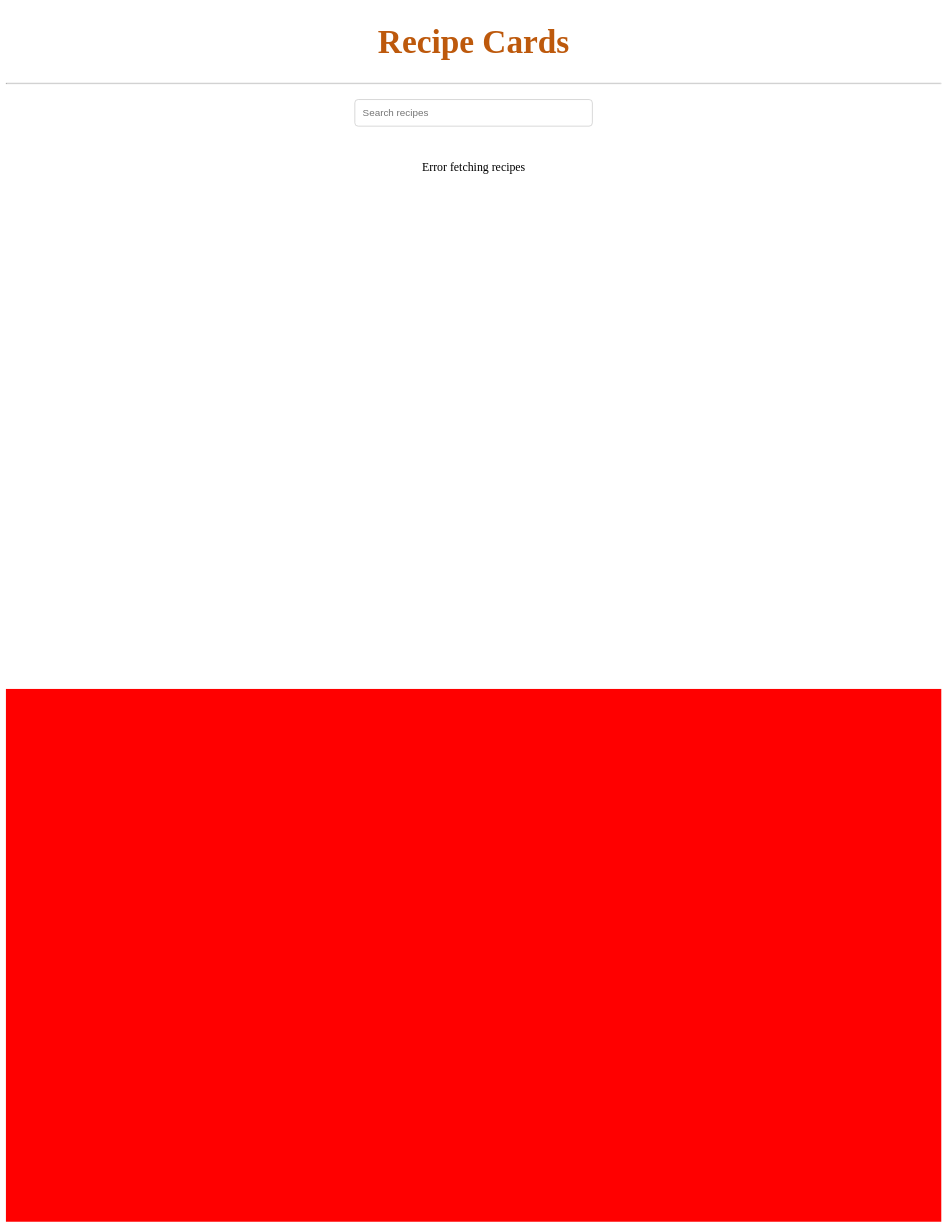
Repository: SharonSebastian32/food-search-filter-
Page: index.html
These files come from the project's save history. The page is drawn as it stood at one moment and after a run of saves; the edit follows.
The browser window is 1280 px wide. The pictures show the whole page, at 74% of full size.
The page's requests for data from a server got no answer.

Above is the page before, as saved 2024-10-11 12:48:18.

### index.html
<!DOCTYPE html>
<html lang="en">
  <head>
    <meta charset="UTF-8" />
    <meta name="viewport" content="width=device-width, initial-scale=1.0" />
    <title>Recipe Cards</title>
    <style>
      .card {
        border: 1px solid #ddd;
        border-radius: 10px;
        margin: 20px;
        box-shadow: 0 4px 8px rgba(0, 0, 0, 0.1);
        width: 240px;
        display: inline-block;
        vertical-align: top;
      }
      .card img {
        width: 250px;
        height: 200px;
        border-radius: 10px;
      }
      .card h2 {
        font-size: 24px;
        margin: 0 0 10px 0;
        padding: 10px;
      }
      .card p {
        margin: 5px 0;
        padding: 10px;
      }
      .card-container {
        display: flex;
        flex-wrap: wrap;
        justify-content: space-around;
        padding: 10px;
        height: 100vh; /* Set height to full viewport */
        overflow-y: scroll; /* Enable vertical scrolling */

        /* Firefox scrollbar properties */
        scrollbar-width: thin; /* Thin scrollbar */
        scrollbar-color: #888 #f1f1f1; /* Thumb color and track color */
      }

      /* WebKit-based browsers (Chrome, Safari) */
      .card-container::-webkit-scrollbar {
        width: 12px; /* Width of the scrollbar */
      }

      /* Track (background of the scrollbar) */
      .card-container::-webkit-scrollbar-track {
        background: #f1f1f1; /* Light gray background */
        border-radius: 10px; /* Rounded corners for the track */
      }

      /* Handle (scrollbar thumb) */
      .card-container::-webkit-scrollbar-thumb {
        background: #888; /* Darker gray thumb */
        border-radius: 10px; /* Rounded corners for the thumb */
      }

      /* Handle on hover */
      .card-container::-webkit-scrollbar-thumb:hover {
        background: #555; /* Darker shade on hover */
      }
      #head1 {
        color: rgb(189, 89, 12);
        font-size: 45px;
        font-weight: 600;
        text-align: center;
      }
      #search-container {
        text-align: center;
        margin: 20px;
      }
      #search-input {
        padding: 10px;
        width: 300px;
        border-radius: 5px;
        border: 1px solid #ccc;
      }
    </style>
  </head>
  <body>
    <h1 id="head1">Recipe Cards</h1>
    <hr />

    <div id="search-container">
      <input type="text" id="search-input" placeholder="Search recipes" />
    </div>

    <div id="recipe-root" class="card-container"></div>

    <section style="background-color: red; height: 100vh"></section>

    <script src="./index.js"></script>
  </body>
</html>

### index.js
let allRecipes = []; // To store fetched recipes

// Function to display recipes
function displayRecipes(recipes) {
  const recipeContainer = document.getElementById("recipe-root");
  recipeContainer.innerHTML = ""; // Clear previous results

  recipes.forEach((recipe) => {
    const card = document.createElement("div");
    card.classList.add("card");

    const img = document.createElement("img");
    img.src = recipe.image;
    img.alt = recipe.name;
    card.appendChild(img);

    const title = document.createElement("h2");
    title.innerText = recipe.name;
    card.appendChild(title);

    const cuisine = document.createElement("p");
    cuisine.innerHTML = `<strong>Cuisine:</strong> ${recipe.cuisine}`;
    card.appendChild(cuisine);

    const ingredients = document.createElement("p");
    ingredients.innerHTML = `<strong>Ingredients:</strong> ${recipe.ingredients.join(
      ", "
    )}`;
    card.appendChild(ingredients);

    recipeContainer.appendChild(card);
  });
}

// Function to fetch recipes from API
async function fetchRecipes() {
  try {
    const response = await fetch("https://dummyjson.com/recipes");
    const data = await response.json();

    allRecipes = data.recipes; // Save all recipes
    displayRecipes(allRecipes); // Initially display all recipes
  } catch (error) {
    console.error("Error fetching recipes:", error);
    const recipeContainer = document.getElementById("recipe-root");
    recipeContainer.innerHTML = "<p>Error fetching recipes</p>"; // Display error message
  }
}

// Function to filter recipes based on search input
function filterRecipes(event) {
  const searchText = event.target.value.toLowerCase();
  const filteredRecipes = allRecipes.filter(
    (recipe) =>
      recipe.name.toLowerCase().includes(searchText) ||
      recipe.cuisine.toLowerCase().includes(searchText) ||
      recipe.ingredients.some((ingredient) =>
        ingredient.toLowerCase().includes(searchText)
      )
  );
  displayRecipes(filteredRecipes);
}

// Add event listener to search input
document
  .getElementById("search-input")
  .addEventListener("input", filterRecipes);

// Call the function to fetch and display recipes
fetchRecipes();

After the next 3 saves:
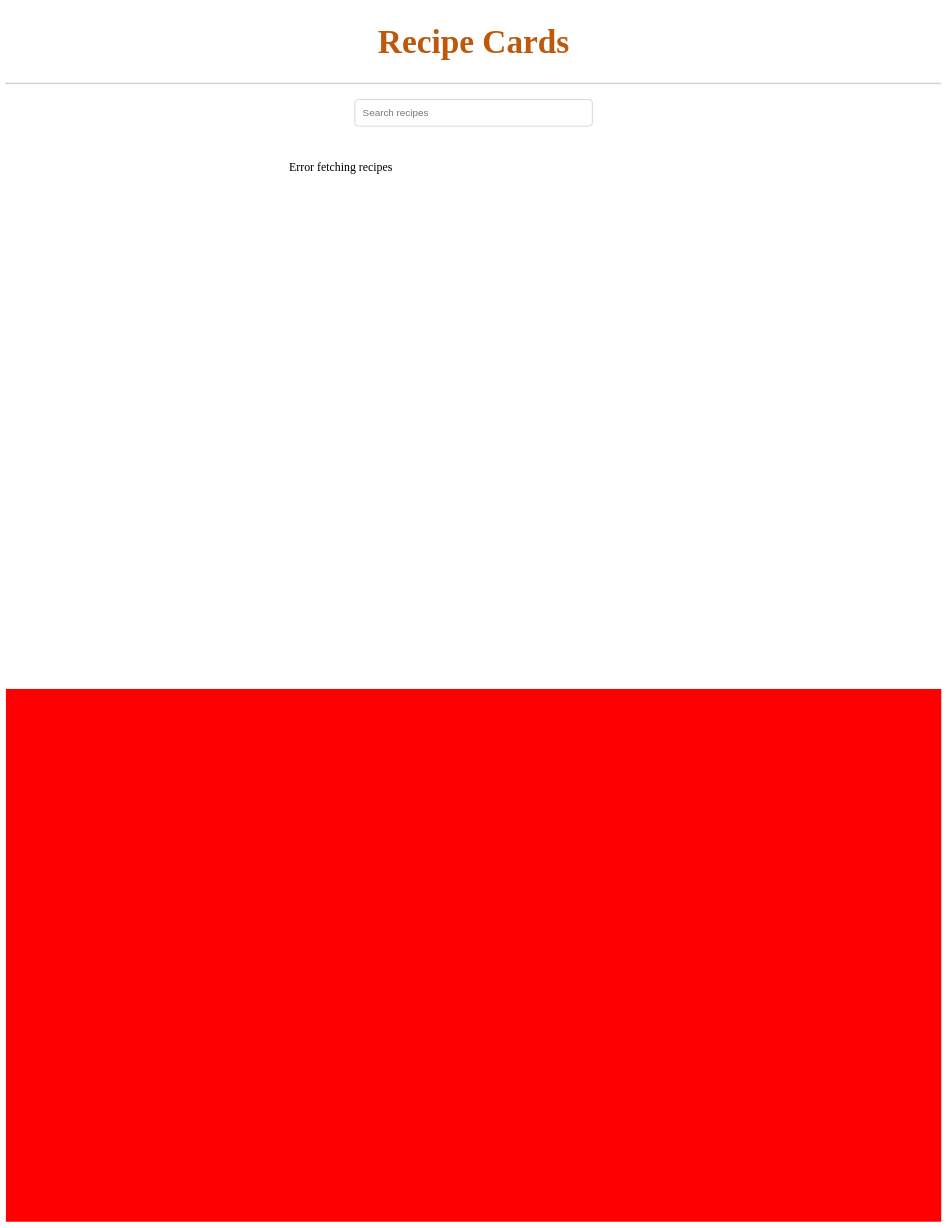
The 3 saves are shown as one change because they came seconds apart.
The last was saved 22 s later.
--- a/index.html
+++ b/index.html
@@ -33,7 +33,8 @@
         flex-wrap: wrap;
         justify-content: space-around;
         padding: 10px;
-        height: 100vh; /* Set height to full viewport */
+        height: 100vh;
+        width: 70%; /* Set height to full viewport */
         overflow-y: scroll; /* Enable vertical scrolling */
 
         /* Firefox scrollbar properties */
